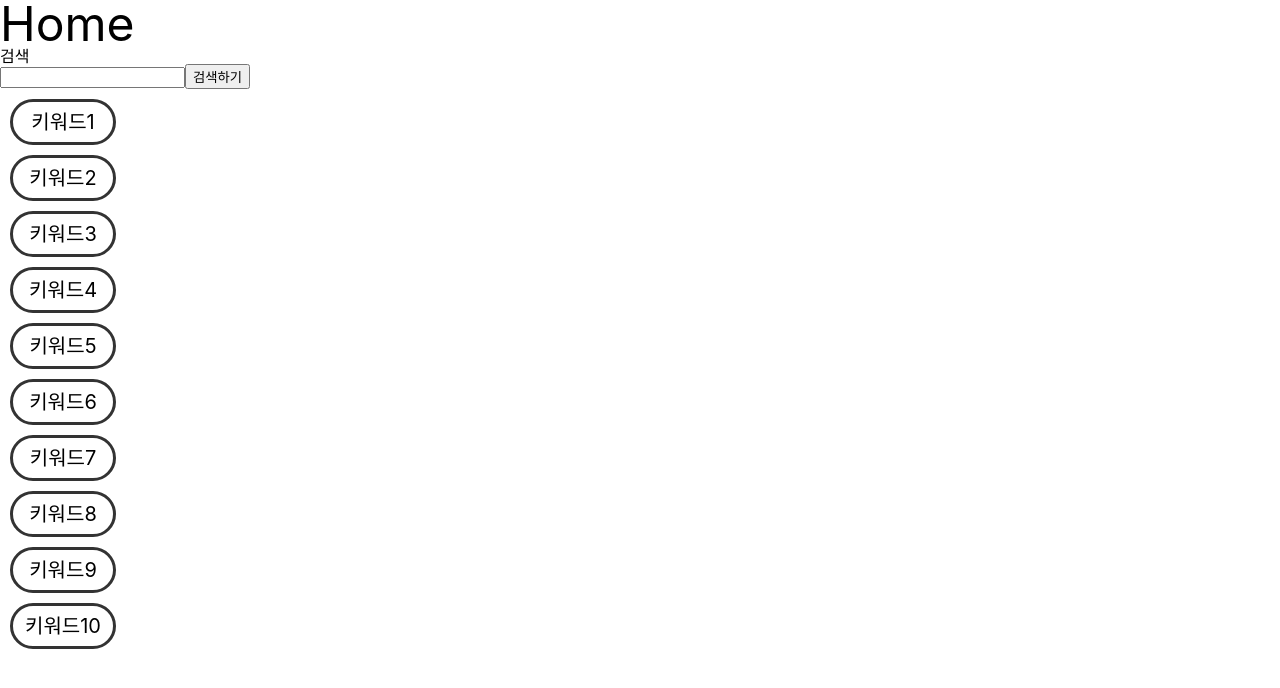
Repository: sunoo-lee/Star-Explore
Page: /
These files come from the project's save history. The page is drawn as it stood at one moment and after the next save; the edit follows.
The browser window is 1280 px wide. The pictures show the whole page.
The project was rebuilt for these pictures with package versions that can differ from the ones it lists, and the page was loaded fresh each time.

Above is the page before, as saved 2022-10-14 03:17:07.

### src/index.js
import React from "react";
import ReactDOM from "react-dom/client";
import "./reset.css";
import "./Style.css";
import App from "./components/App";
// import reportWebVitals from "./reportWebVitals";

const root = ReactDOM.createRoot(document.getElementById("root"));
root.render(
  <React.StrictMode>
    <App />
  </React.StrictMode>
);

// reportWebVitals();

### src/Style.css
body {
  margin: 0;
  font-family: -apple-system, BlinkMacSystemFont, "Segoe UI", "Roboto", "Oxygen",
    "Ubuntu", "Cantarell", "Fira Sans", "Droid Sans", "Helvetica Neue",
    sans-serif;
  -webkit-font-smoothing: antialiased;
  -moz-osx-font-smoothing: grayscale;
}

code {
  font-family: source-code-pro, Menlo, Monaco, Consolas, "Courier New",
    monospace;
}

h1 {
  font-size: 3rem;
}
.keyword ul {
  height: 200px;
}
.keyword ul li {
  margin: 10px;
}
.keyword ul li span {
  display: inline-block;
  font-size: 20px;
  width: 100px;
  height: 40px;
  line-height: 40px;
  text-align: center;
  border: 3px solid #333333;
  border-radius: 25px;
}

### src/components/App.js
import AppRouter from "./Router";

function App() {
  return (
    <>
      <AppRouter />
    </>
  );
}

export default App;

### src/components/Router.js
import { HashRouter as Router, Route, Routes } from "react-router-dom";
import Home from "../routes/Home";

const AppRouter = () => {
  return (
    <Router>
      <Routes>
        <Route exact path="/" element={<Home />} />
      </Routes>
    </Router>
  );
};

export default AppRouter;

### src/routes/Home.js
import React from "react";

const Home = () => {
  return (
    <div>
      <h1>Home</h1>
      <div className="nav">
        <form>
          <div>검색</div>
          <input type="text" />
          <button>검색하기</button>
        </form>
        <div className="keyword">
          <ul>
            <li>
              <span>키워드1</span>
            </li>
            <li>
              <span>키워드2</span>
            </li>
            <li>
              <span>키워드3</span>
            </li>
            <li>
              <span>키워드4</span>
            </li>
            <li>
              <span>키워드5</span>
            </li>
            <li>
              <span>키워드6</span>
            </li>
            <li>
              <span>키워드7</span>
            </li>
            <li>
              <span>키워드8</span>
            </li>
            <li>
              <span>키워드9</span>
            </li>
            <li>
              <span>키워드10</span>
            </li>
          </ul>
        </div>
      </div>
    </div>
  );
};

export default Home;

Loaded but not shown: public/index.html (common file); src/reset.css (common file)

After the next save:
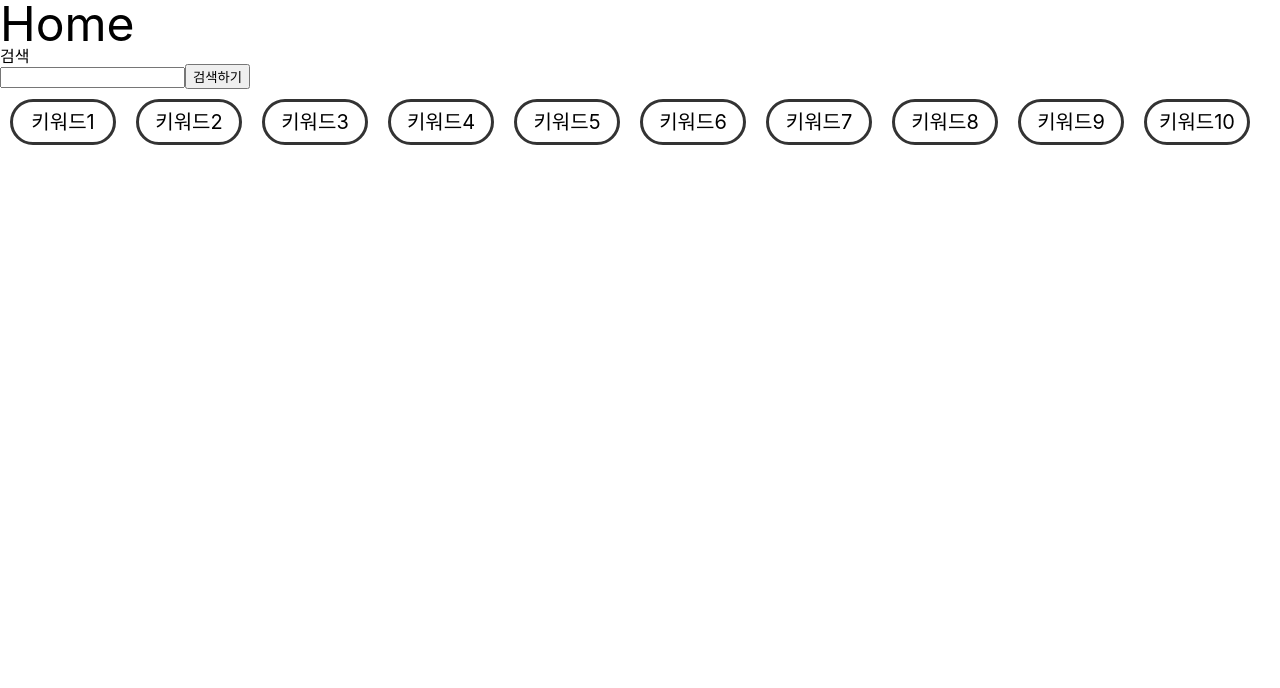
Saved 16 s later.
--- a/src/Style.css
+++ b/src/Style.css
@@ -16,7 +16,7 @@ h1 {
   font-size: 3rem;
 }
 .keyword ul {
-  height: 200px;
+  display: flex;
 }
 .keyword ul li {
   margin: 10px;
